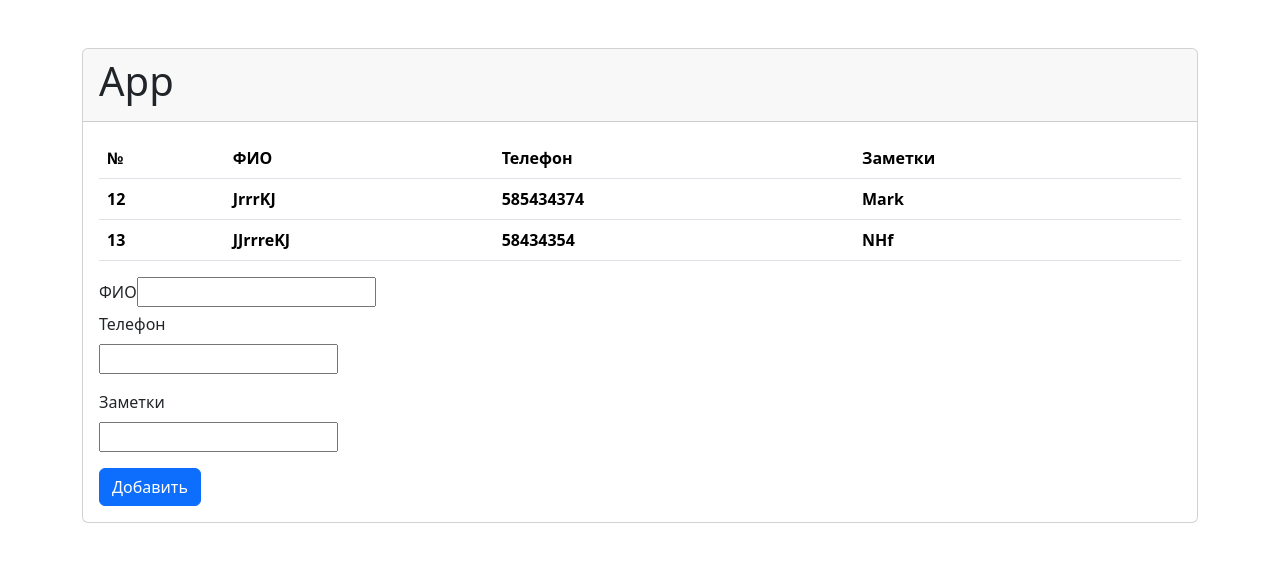
Repository: tatacheba/appstepikjavareact
Page: / (app in client/)
These files come from the project's save history. The page is drawn as it stood at one moment and after the next save; the edit follows.
The browser window is 1280 px wide. The pictures show the whole page.
The project was rebuilt for these pictures with package versions that can differ from the ones it lists, and the page was loaded fresh each time. Also part of the build but not shown: client/src/App.css.

Above is the page before, as saved 2024-11-27 14:36:14.

### client/public/index.html
<!DOCTYPE html>
<html lang="en">
    <head>
        <meta charset="utf-8" />
        <link rel="icon" href="%PUBLIC_URL%/favicon.ico" />
        <meta name="viewport" content="width=device-width, initial-scale=1" />
        <meta name="theme-color" content="#000000" />
        <meta
            name="description"
            content="Web site created using create-react-app"
        />
        <link rel="apple-touch-icon" href="%PUBLIC_URL%/logo192.png" />
        <link
            href="https://cdn.jsdelivr.net/npm/bootstrap@5.3.3/dist/css/bootstrap.min.css"
            rel="stylesheet"
            integrity="sha384-QWTKZyjpPEjISv5WaRU9OFeRpok6YctnYmDr5pNlyT2bRjXh0JMhjY6hW+ALEwIH"
            crossorigin="anonymous"
        />
        <!--
      manifest.json provides metadata used when your web app is installed on a
      user's mobile device or desktop. See https://developers.google.com/web/fundamentals/web-app-manifest/
    -->
        <link rel="manifest" href="%PUBLIC_URL%/manifest.json" />

        <title>App of Stepik</title>
    </head>
    <body>
        <div id="root"></div>
        <script
            src="https://cdn.jsdelivr.net/npm/bootstrap@5.3.3/dist/js/bootstrap.bundle.min.js"
            integrity="sha384-YvpcrYf0tY3lHB60NNkmXc5s9fDVZLESaAA55NDzOxhy9GkcIdslK1eN7N6jIeHz"
            crossorigin="anonymous"
        ></script>
    </body>
</html>

### client/src/index.js
import React from "react";
import ReactDOM from "react-dom/client";
import "./index.css";
import App from "./App";
import "bootstrap/dist/css/bootstrap.min.css";
import "bootstrap/dist/js/bootstrap.bundle.min.js";

const root = ReactDOM.createRoot(document.getElementById("root"));
root.render(
    <React.StrictMode>
        <App />
    </React.StrictMode>
);

### client/src/App.js
import "./App.css";
import TablewView from "./layouts/tableView/TablewView";
import { useState } from "react";
import FormNewItem from "./layouts/formNewItem/FormNewItem";

function App() {
    const [items, setItem] = useState([
        { id: 12, fullName: "JrrrKJ", phone: 585434374, notes: "Mark" },
        { id: 13, fullName: "JJrrreKJ", phone: 58434354, notes: "NHf" },
    ]);

    function appendContact() {
        const contact = {
            id: 15,
            fullName: "ннннн",
            phone: 585444,
            notes: "FFFF",
        };
        items[0].fullName = "Bpvtyt";
        setItem([...items, contact]);
        console.log(items);
    }

    return (
        <div className="container mt-5">
            <div className=" card">
                <div className="card-header">
                    <h1>App</h1>
                </div>
                <div className="card-body">
                    <TablewView data={items} />
                    <div>
                        <FormNewItem appendContact={appendContact} />
                    </div>
                </div>
            </div>
        </div>
    );
}

export default App;

### client/src/layouts/tableView/TablewView.js
import React from "react";
import TableRowItem from "./components/TableRowItem";

const TablewView = (props) => {
    return (
        <table className="table table-hover">
            <thead>
                <tr>
                    <th scope="col">№</th>
                    <th scope="col">ФИО</th>
                    <th scope="col">Телефон</th>
                    <th scope="col">Заметки</th>
                </tr>
            </thead>
            <tbody>
                {props.data.map((item) => (
                    <TableRowItem contact={item} />
                ))}
            </tbody>
        </table>
    );
};
export default TablewView;

### client/src/layouts/formNewItem/FormNewItem.js
import React from "react";

function FormNewItem(props) {
    return (
        <form action="">
            <div className="mb-12">
                <label className="form-label">ФИО</label>
                <input type="text" />
            </div>
            <label className="form-label">Телефон</label>
            <div className="mb-3">
                <input type="textarea" />
            </div>
            <label className="form-label">Заметки</label>
            <div className="mb-3">
                <input type="text" />
            </div>
            <button
                className="btn btn-primary"
                onClick={props.appendContact}
                type="button"
            >
                Добавить
            </button>
        </form>
    );
}

export default FormNewItem;

### client/src/layouts/tableView/components/TableRowItem.js
import React from "react";

const TableRowItem = (props) => {
    return (
        <tr>
            <th scope="row">{props.contact.id}</th>
            <th>{props.contact.fullName}</th>
            <th>{props.contact.phone}</th>
            <th>{props.contact.notes}</th>
        </tr>
    );
};

export default TableRowItem;

Loaded but not shown: client/src/index.css (common file)

After the next save:
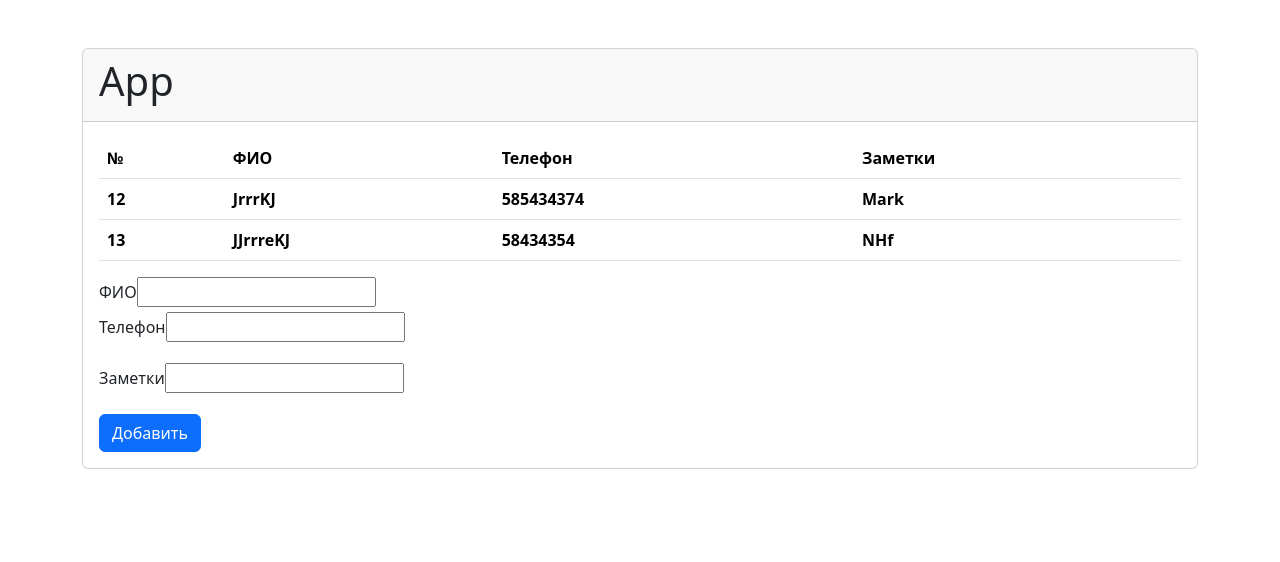
Saved 9 s later.
--- a/client/src/layouts/formNewItem/FormNewItem.js
+++ b/client/src/layouts/formNewItem/FormNewItem.js
@@ -7,12 +7,14 @@ function FormNewItem(props) {
                 <label className="form-label">ФИО</label>
                 <input type="text" />
             </div>
-            <label className="form-label">Телефон</label>
+
             <div className="mb-3">
+                <label className="form-label">Телефон</label>
                 <input type="textarea" />
             </div>
-            <label className="form-label">Заметки</label>
+
             <div className="mb-3">
+                <label className="form-label">Заметки</label>
                 <input type="text" />
             </div>
             <button
